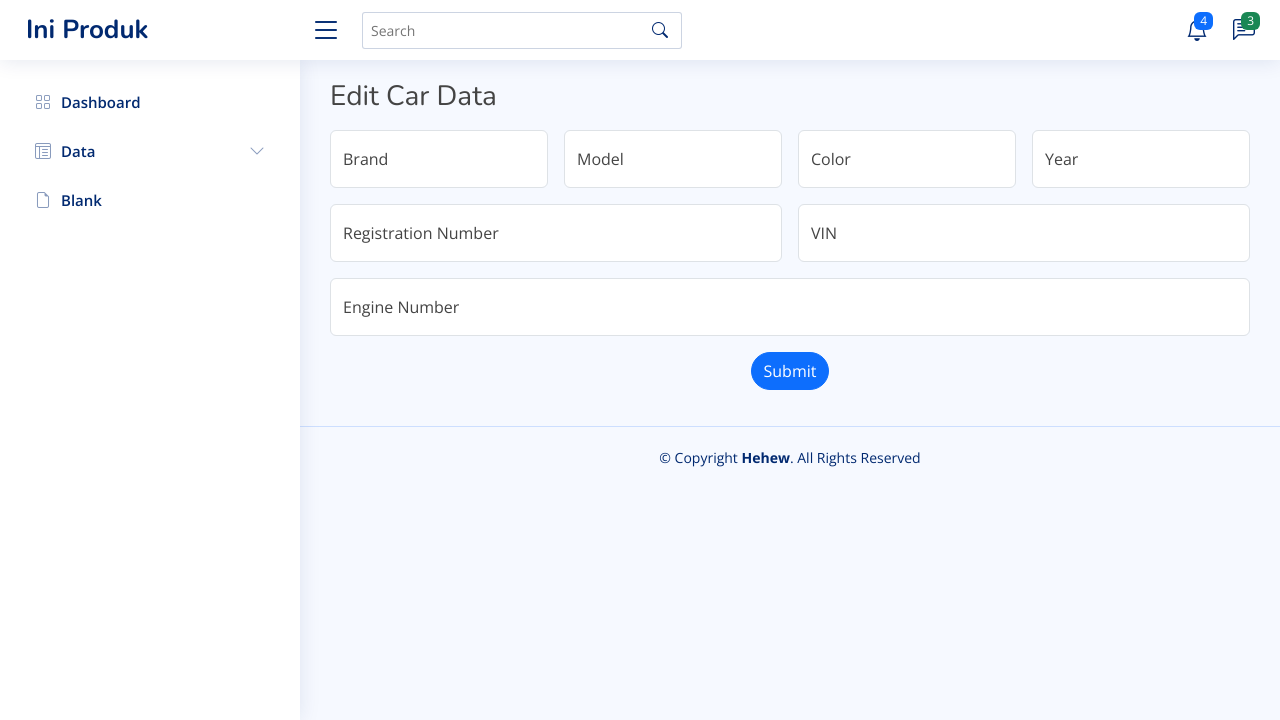
Repository: Jistoper/car_rental
Page: http://localhost/edit
The author's editor kept a copy of each file at every save. The page is drawn from the files as they stood at one save, then again after the next save.
The browser window is 1280 px wide. The pictures show the whole page.
The page is served by the project's Laravel application, run on PHP 8.4 with Laravel 9. Other server files are loaded and not shown.

Above is the page before, as saved 2023-06-25 15:21:42.

### routes/web.php
<?php

use Illuminate\Support\Facades\Route;
use App\Http\Controllers\carcontroller;

/*
|--------------------------------------------------------------------------
| Web Routes
|--------------------------------------------------------------------------
|
| Here is where you can register web routes for your application. These
| routes are loaded by the RouteServiceProvider within a group which
| contains the "web" middleware group. Now create something great!
|
*/

Route::get('/dashboard', function () {
    return view('backsite.dashboard');
})->name('dashboard');

Route::controller(CarController::class)->as('car.')->group(function(){
    Route::get('/car', 'getall')->name('getall');
    Route::get('/create', 'create')->name('create');
    Route::post('/create', 'storeCar')->name('store');
    Route::get('/edit', 'editView')->name('edit');
    Route::post('/edit', 'storeEdit')->name('storeEdit');
    Route::delete('/{$car_id}', 'delete')->name('delete');

    Route::get('/rent', 'getList')->name('getList');
    Route::get('/rent_car', 'rentView')->name('rentView');
    Route::post('/car/rent/{$car_id}', 'storeRent')->name('storeRent');
});

### app/Http/Controllers/carcontroller.php
<?php

namespace App\Http\Controllers;

use Illuminate\Http\Request;
use Illuminate\Support\Facades\Http;
use Illuminate\Support\Facades\View;


class CarController extends Controller
{
    // Start Car Data---------------------------------------------------------------------------------------
    public function getall()
    {
        $response = Http::get('http://localhost:8080/api/cars');
        $cars = json_decode($response, true);

        return view('backsite.content.car.cartable', ['Cars' => $cars['Cars']]);
    }

    public function create()
    {
        return view('backsite.content.car.createcar');
    }

    public function storeCar(Request $request)
    {
        $data = [
            "brand" => $request->brand,
            "model" => $request->model,
            "year" => intval($request->year),
            "registration_number" => $request->registration_number,
            "vin" => $request->vin,
            "engine_number" => $request->engine_number,
            "color" => $request->color,
            "is_available" => true
        ];

        $token = "eyJhbGciOiJIUzI1NiIsInR5cCI6IkpXVCJ9.eyJleHAiOjE2ODkxNjgwMjMsInN1YiI6InRlc3QxMiJ9.-ezLSqJzIuUbum_p1NXeInNHkG953SP_4fMdbOgrlUo"; // Replace with your actual auth token

        $response = Http::withHeaders([
            "Authorization" => "Bearer " . $token,
            "Content-Type" => "application/json",
        ])->post('http://localhost:8080/api/cars', $data);

        return redirect()->route('car.getall');
    }

    public function editView(Request $request)
    {
        $data = [
            "car_id" => $request->car_id,
            "brand" => $request->brand,
            "model" => $request->model,
            "year" => $request->year,
            "registration_number" => $request->registration_number,
            "vin" => $request->vin,
            "engine_number" => $request->engine_number,
            "color" => $request->color,
        ];

        return view('backsite.content.car.editcar')->with('data', $data);
    }

    public function storeEdit(Request $request)
    {
        $car_id = $request->input('car_id');

        $data = [
            "brand" => $request->brand,
            "model" => $request->model,
            "year" => intval($request->year),
            "registration_number" => $request->registration_number,
            "vin" => $request->vin,
            "engine_number" => $request->engine_number,
            "color" => $request->color,
            "is_available" => true
        ];

        $token = "eyJhbGciOiJIUzI1NiIsInR5cCI6IkpXVCJ9.eyJleHAiOjE2ODkxNjgwMjMsInN1YiI6InRlc3QxMiJ9.-ezLSqJzIuUbum_p1NXeInNHkG953SP_4fMdbOgrlUo"; // Replace with your actual auth token

        $response = Http::withHeaders([
            "Authorization" => "Bearer " . $token,
            "Content-Type" => "application/json",
        ])->put('http://localhost:8080/api/cars/' . $car_id, $data);

        return redirect()->route('car.getall');
    }

    public function delete(Request $request)
    {
        $car_id = $request->input('car_id');

        $data = [
            "id" => $car_id,
        ];

        $token = "eyJhbGciOiJIUzI1NiIsInR5cCI6IkpXVCJ9.eyJleHAiOjE2ODkxNjgwMjMsInN1YiI6InRlc3QxMiJ9.-ezLSqJzIuUbum_p1NXeInNHkG953SP_4fMdbOgrlUo";

        $response = Http::withHeaders([
            "Authorization" => "Bearer " . $token,
            "Content-Type" => "application/json",
        ])->delete('http://localhost:8080/api/cars', $data);

        return redirect()->back()->with('success', 'Car data deleted successfully.');
    }
    // End Car Data

    // Start Rent Data----------------------------------------------------------------------------------
    public function getList()
    {
        $response = Http::get('http://localhost:8080/api/cars');
        $cars = json_decode($response, true);

        return view('backsite.content.rent.renttable', ['Cars' => $cars['Cars']]);
    }

    public function rentView(Request $request)
    {
        $data = [
            "car_id" => $request->car_id,
            "brand" => $request->brand,
            "model" => $request->model,
            "registration_number" => $request->registration_number,
            "color" => $request->color,
        ];

        return view('backsite.content.rent.createrent')->with('data', $data);
    }

    public function storeRent(Request $request)
    {
        $data = [
            "user_id" => 2,
            "car_id" => $request->input('car_id'),
            "usage_region" => $request->usage_region,
            "rental_date" => $request->registration_number,
            "return_date" => $request->vin,
            "total_price" => $request->total_price,
            "is_completed" => false
        ];

        $token = "eyJhbGciOiJIUzI1NiIsInR5cCI6IkpXVCJ9.eyJleHAiOjE2ODkxNjgwMjMsInN1YiI6InRlc3QxMiJ9.-ezLSqJzIuUbum_p1NXeInNHkG953SP_4fMdbOgrlUo"; // Replace with your actual auth token

        $response = Http::withHeaders([
            "Authorization" => "Bearer " . $token,
            "Content-Type" => "application/json",
        ])->put('http://localhost:8080/api/cars/' . $car_id, $data);

        return redirect()->route('car.getlist');
    }
    // End Rent Data
}

### resources/views/backsite/content/car/editcar.blade.php
@extends('backsite.dashboard')

@section('content')

<div>
    <div>
        <h3 class="mb-3">
            Edit Car Data
        </h3>
    </div>
    <form action="{{ route('car.storeEdit') }}" method="POST" class="row g-3">
        @csrf
        <input type="hidden" name="car_id" id="car_id" value="{{ $data['car_id'] }}">
        <div class="col-md-3">
            <div class="form-floating">
                <input type="text" name="brand" id="brand" class="form-control @error('brand') border-red-500 @enderror" value="{{ $data['brand'] }}" placeholder="Brand">
                <label for="brand">Brand</label>
            </div>
        </div>
        <div class="col-md-3">
            <div class="form-floating">
                <input type="text" name="model" id="model" class="form-control @error('model') border-red-500 @enderror" value="{{ $data['model'] }}" placeholder="Model">
                <label for="model">Model</label>
            </div>
        </div>
        <div class="col-md-3">
            <div class="form-floating">
                <input type="text" name="color" id="color" class="form-control @error('color') border-red-500 @enderror" value="{{ $data['color'] }}" placeholder="Color">
                <label for="color">Color</label>
            </div>
        </div>
        <div class="col-md-3">
            <div class="form-floating">
                <input type="text" name="year" id="year" class="form-control @error('year') border-red-500 @enderror" value="{{ $data['year'] }}" placeholder="Year">
                <label for="year">Year</label>
            </div>
        </div>
        <div class="col-md-6">
          <div class="form-floating">
            <input type="text" name="registration_number" id="registration_number" class="form-control @error('registration_number') border-red-500 @enderror" value="{{ $data['registration_number'] }}" placeholder="Registration Number">
            <label for="registration_number">Registration Number</label>
          </div>
        </div>
        <div class="col-md-6">
          <div class="col-md-12">
            <div class="form-floating">
                <input type="text" name="vin" id="vin" class="form-control @error('vin') border-red-500 @enderror" value="{{ $data['vin'] }}" placeholder="VIN">
              <label for="vin">VIN</label>
            </div>
          </div>
        </div>
        <div class="col-md-12">
          <div class="form-floating">
            <input type="text" name="engine_number" id="engine_number" class="form-control @error('engine_number') border-red-500 @enderror" value="{{ $data['engine_number'] }}" placeholder="Engine Number">
            <label for="engine_number">Engine Number</label>
          </div>
        </div>
        <div class="text-center mb-3">
            <button class="btn btn-primary rounded-pill" onclick="getContent()" type="submit">
                <span>
                    Submit
                </span>
            </button>
        </div>
      </form><!-- End floating Labels Form -->
</div>

@endsection

### resources/views/backsite/partials/sidebar.blade.php
<aside id="sidebar" class="sidebar">

    <ul class="sidebar-nav" id="sidebar-nav">

      <li class="nav-item">
        <a class="nav-link collapsed" href="{{ route('dashboard') }}">
          <i class="bi bi-grid"></i>
          <span>Dashboard</span>
        </a>
      </li><!-- End Dashboard Nav -->

      <li class="nav-item">
        <a class="nav-link collapsed" data-bs-target="#tables-nav" data-bs-toggle="collapse" href="#">
          <i class="bi bi-layout-text-window-reverse"></i><span>Data</span><i class="bi bi-chevron-down ms-auto"></i>
        </a>
        <ul id="tables-nav" class="nav-content collapse " data-bs-parent="#sidebar-nav">
          <li>
            <a href="{{ route('car.getall') }}">
              <i class="bi bi-circle"></i><span>Cars</span>
            </a>
          </li>
          <li>
            <a href="{{ route('car.getList') }}">
              <i class="bi bi-circle"></i><span>Rental</span>
            </a>
          </li>
        </ul>
      </li><!-- End Tables Nav -->

      {{-- <li class="nav-item">
        <a class="nav-link collapsed" data-bs-target="#forms-nav" data-bs-toggle="collapse" href="#">
          <i class="bi bi-journal-text"></i><span>Forms</span><i class="bi bi-chevron-down ms-auto"></i>
        </a>
        <ul id="forms-nav" class="nav-content collapse " data-bs-parent="#sidebar-nav">
          <li>
            <a href="forms-elements.html">
              <i class="bi bi-circle"></i><span>Form Elements</span>
            </a>
          </li>
          <li>
            <a href="forms-layouts.html">
              <i class="bi bi-circle"></i><span>Form Layouts</span>
            </a>
          </li>
          <li>
            <a href="forms-editors.html">
              <i class="bi bi-circle"></i><span>Form Editors</span>
            </a>
          </li>
          <li>
            <a href="forms-validation.html">
              <i class="bi bi-circle"></i><span>Form Validation</span>
            </a>
          </li>
        </ul>
      </li>

      <li class="nav-item">
        <a class="nav-link collapsed" data-bs-target="#icons-nav" data-bs-toggle="collapse" href="#">
          <i class="bi bi-gem"></i><span>Icons</span><i class="bi bi-chevron-down ms-auto"></i>
        </a>
        <ul id="icons-nav" class="nav-content collapse " data-bs-parent="#sidebar-nav">
          <li>
            <a href="icons-bootstrap.html">
              <i class="bi bi-circle"></i><span>Bootstrap Icons</span>
            </a>
          </li>
          <li>
            <a href="icons-remix.html">
              <i class="bi bi-circle"></i><span>Remix Icons</span>
            </a>
          </li>
          <li>
            <a href="icons-boxicons.html">
              <i class="bi bi-circle"></i><span>Boxicons</span>
            </a>
          </li>
        </ul>
      </li>

      <li class="nav-heading">Pages</li>

      <li class="nav-item">
        <a class="nav-link collapsed" href="users-profile.html">
          <i class="bi bi-person"></i>
          <span>Profile</span>
        </a>
      </li>

      <li class="nav-item">
        <a class="nav-link collapsed" href="pages-faq.html">
          <i class="bi bi-question-circle"></i>
          <span>F.A.Q</span>
        </a>
      </li>

      <li class="nav-item">
        <a class="nav-link collapsed" href="pages-contact.html">
          <i class="bi bi-envelope"></i>
          <span>Contact</span>
        </a>
      </li>

      <li class="nav-item">
        <a class="nav-link collapsed" href="pages-register.html">
          <i class="bi bi-card-list"></i>
          <span>Register</span>
        </a>
      </li>

      <li class="nav-item">
        <a class="nav-link collapsed" href="pages-login.html">
          <i class="bi bi-box-arrow-in-right"></i>
          <span>Login</span>
        </a>
      </li>

      <li class="nav-item">
        <a class="nav-link collapsed" href="pages-error-404.html">
          <i class="bi bi-dash-circle"></i>
          <span>Error 404</span>
        </a>
      </li> --}}

      <li class="nav-item">
        <a class="nav-link collapsed" href="pages-blank.html">
          <i class="bi bi-file-earmark"></i>
          <span>Blank</span>
        </a>
      </li>

    </ul>

  </aside><!-- End Sidebar-->

### public/assets/simple-datatables/style.css
.datatable-wrapper.no-header .datatable-container {
	border-top: 1px solid #d9d9d9;
}

.datatable-wrapper.no-footer .datatable-container {
	border-bottom: 1px solid #d9d9d9;
}

.datatable-top,
.datatable-bottom {
	padding: 8px 10px;
}

.datatable-top > nav:first-child,
.datatable-top > div:first-child,
.datatable-bottom > nav:first-child,
.datatable-bottom > div:first-child {
	float: left;
}

.datatable-top > nav:last-child,
.datatable-top > div:last-child,
.datatable-bottom > nav:last-child,
.datatable-bottom > div:last-child {
	float: right;
}

.datatable-selector {
	padding: 6px;
}

.datatable-input {
	padding: 6px 12px;
}

.datatable-info {
	margin: 7px 0;
}

/* PAGER */
.datatable-pagination ul {
	margin: 0;
	padding-left: 0;
}

.datatable-pagination li {
	list-style: none;
	float: left;
}

.datatable-pagination li.datatable-hidden {
    visibility: hidden;
}

.datatable-pagination a {
	border: 1px solid transparent;
	float: left;
	margin-left: 2px;
	padding: 6px 12px;
	position: relative;
	text-decoration: none;
	color: #333;
    cursor: pointer;
}

.datatable-pagination a:hover {
	background-color: #d9d9d9;
}

.datatable-pagination .datatable-active a,
.datatable-pagination .datatable-active a:focus,
.datatable-pagination .datatable-active a:hover {
	background-color: #d9d9d9;
	cursor: default;
}

.datatable-pagination .datatable-ellipsis a,
.datatable-pagination .datatable-disabled a,
.datatable-pagination .datatable-disabled a:focus,
.datatable-pagination .datatable-disabled a:hover {
    pointer-events: none;
    cursor: default;
}

.datatable-pagination .datatable-disabled a,
.datatable-pagination .datatable-disabled a:focus,
.datatable-pagination .datatable-disabled a:hover {
	cursor: not-allowed;
	opacity: 0.4;
}

.datatable-pagination .datatable-pagination a {
	font-weight: bold;
}

/* TABLE */
.datatable-table {
	max-width: 100%;
	width: 100%;
	border-spacing: 0;
	border-collapse: separate;
}

.datatable-table > tbody > tr > td,
.datatable-table > tbody > tr > th,
.datatable-table > tfoot > tr > td,
.datatable-table > tfoot > tr > th,
.datatable-table > thead > tr > td,
.datatable-table > thead > tr > th {
	vertical-align: top;
	padding: 8px 10px;
}

.datatable-table > thead > tr > th {
	vertical-align: bottom;
	text-align: left;
	border-bottom: 1px solid #d9d9d9;
}

.datatable-table > tfoot > tr > th {
	vertical-align: bottom;
	text-align: left;
	border-top: 1px solid #d9d9d9;
}

.datatable-table th {
	vertical-align: bottom;
	text-align: left;
}

.datatable-table th a {
	text-decoration: none;
	color: inherit;
}

.datatable-sorter, .datatable-filter {
	display: inline-block;
	height: 100%;
	position: relative;
	width: 100%;
}

.datatable-sorter::before,
.datatable-sorter::after {
	content: "";
	height: 0;
	width: 0;
	position: absolute;
	right: 4px;
	border-left: 4px solid transparent;
	border-right: 4px solid transparent;
	opacity: 0.2;
}


.datatable-sorter::before {
	border-top: 4px solid #000;
	bottom: 0px;
}

.datatable-sorter::after {
	border-bottom: 4px solid #000;
	border-top: 4px solid transparent;
	top: 0px;
}

.datatable-ascending .datatable-sorter::after,
.datatable-descending .datatable-sorter::before,
.datatable-ascending .datatable-filter::after,
.datatable-descending .datatable-filter::before {
	opacity: 0.6;
}

.datatable-filter::before {
    content: "";
    position: absolute;
    right: 4px;
    opacity: 0.2;
    width: 0;
    height: 0;
    border-left: 7px solid transparent;
    border-right: 7px solid transparent;
	border-radius: 50%;
    border-top: 10px solid #000;
    top: 25%;
}

.datatable-filter-active .datatable-filter::before {
    opacity: 0.6;
}

.datatable-empty {
	text-align: center;
}

.datatable-top::after, .datatable-bottom::after {
	clear: both;
	content: " ";
	display: table;
}

table.datatable-table:focus tr.datatable-cursor > td:first-child {
	border-left: 3px blue solid;
}

table.datatable-table:focus {
	outline: solid 1px black;
    outline-offset: -1px;
}

Loaded but not shown: app/Http/Controllers/Controller.php (common file); public/assets/bootstrap/css/bootstrap.min.css (library); public/assets/bootstrap-icons/bootstrap-icons.css (library); public/assets/boxicons/css/boxicons.min.css (library); public/assets/apexcharts/apexcharts.min.js (library); public/assets/bootstrap/js/bootstrap.bundle.min.js (library); public/assets/chart.js/chart.umd.js (library); public/assets/echarts/echarts.min.js (library); public/assets/quill/quill.min.js (library); public/assets/simple-datatables/simple-datatables.js (library); public/assets/tinymce/tinymce.min.js (library); public/js/main.js (321 lines, source omitted); public/assets/php-email-form/validate.js (85 lines, source omitted); public/assets/remixicon/remixicon.css (2526 lines, source omitted); resources/views/backsite/dashboard.blade.php (740 lines, source omitted); public/assets/quill/quill.bubble.css (952 lines, source omitted); public/assets/quill/quill.snow.css (945 lines, source omitted); public/css/style.css (1233 lines, source omitted); resources/views/backsite/partials/header.blade.php (225 lines, source omitted)

After the next save:
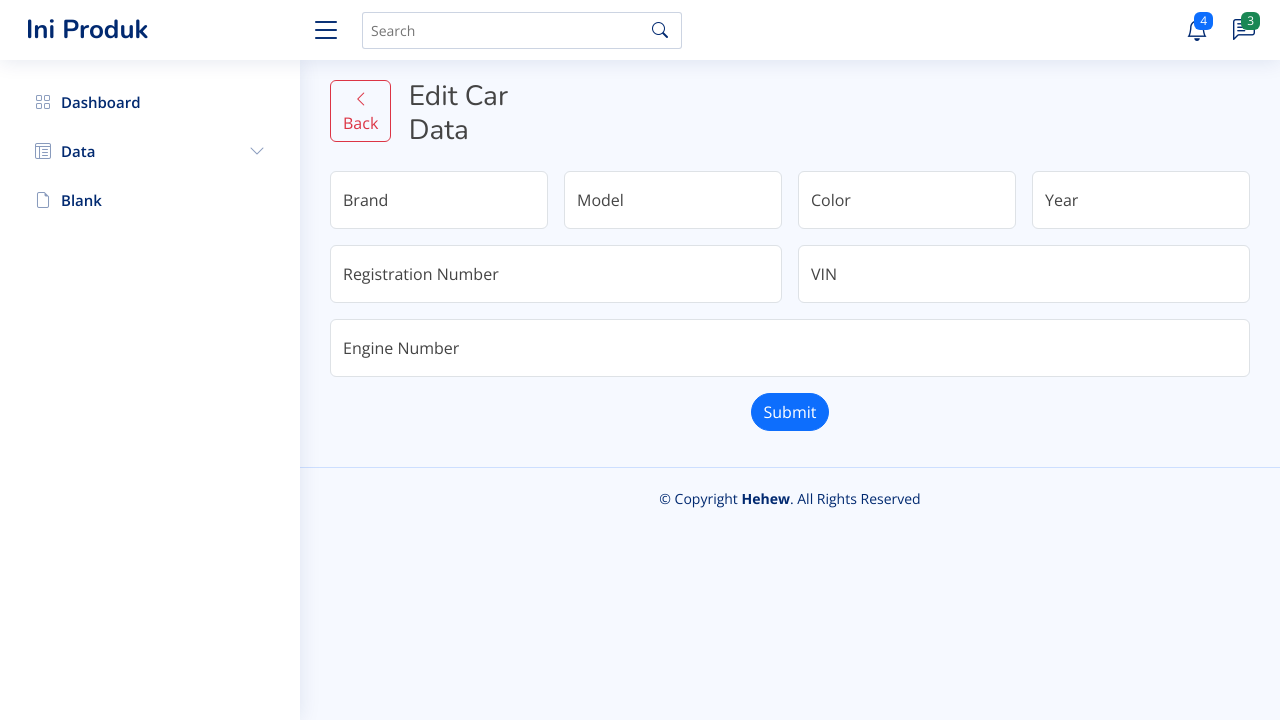
Saved 37 s later.
--- a/resources/views/backsite/content/car/editcar.blade.php
+++ b/resources/views/backsite/content/car/editcar.blade.php
@@ -3,11 +3,12 @@
 @section('content')
 
 <div>
-    <div>
-        <h3 class="mb-3">
-            Edit Car Data
-        </h3>
+  <div class="row mb-3">
+    <div class="col-md-1">
+      <a type="button" href="{{ route('car.getall') }}" class="btn btn-outline-danger bi-chevron-left"> Back</a>
     </div>
+    <h3 class="col-md-2">Edit Car Data</h3>
+  </div>
     <form action="{{ route('car.storeEdit') }}" method="POST" class="row g-3">
         @csrf
         <input type="hidden" name="car_id" id="car_id" value="{{ $data['car_id'] }}">
